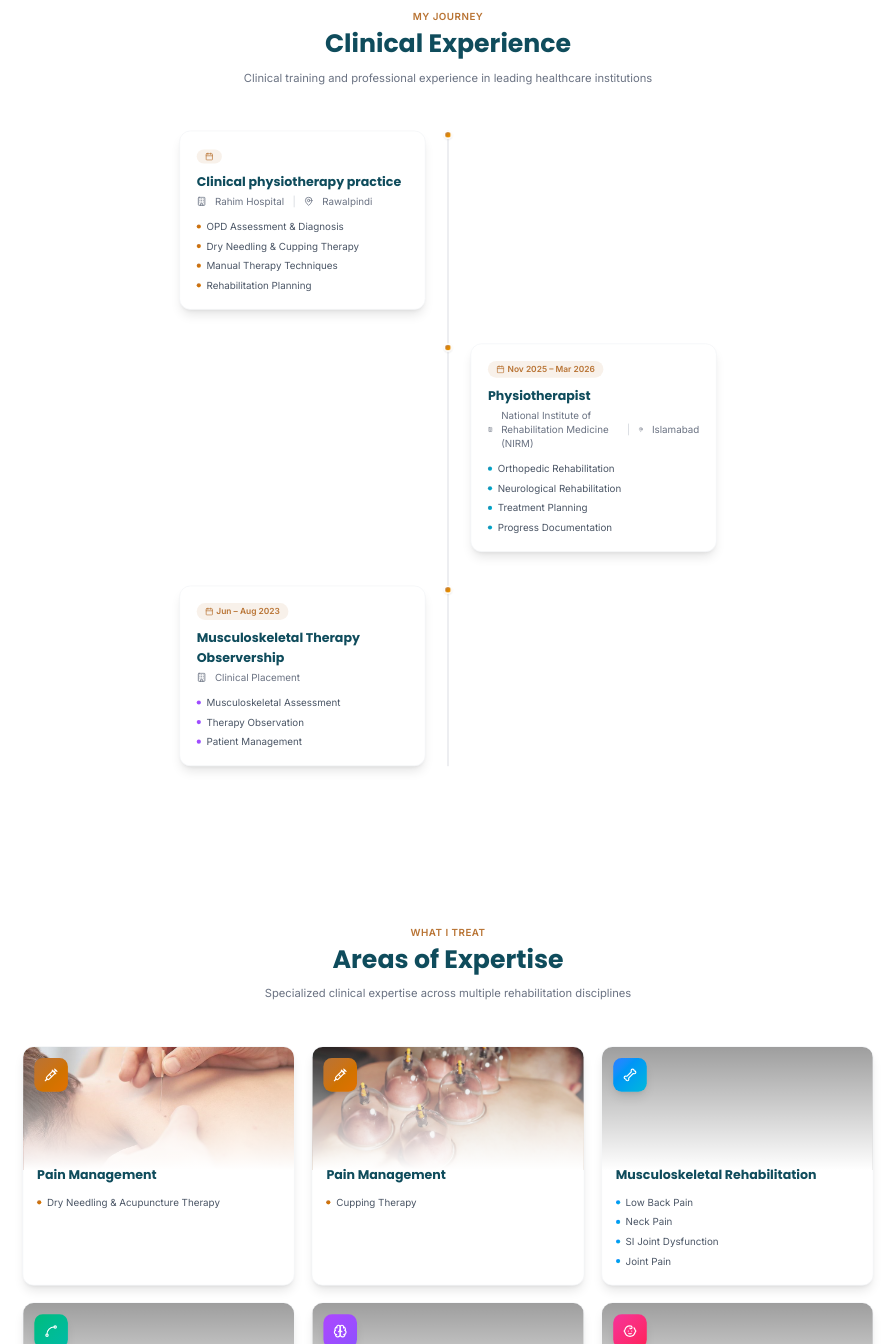
Repository: DaniGull01/dr_ghazala_mushtaq
Page: /
The author's editor kept a copy of each file at every save. The page is drawn from the files as they stood at one save, then again after the next save.
The browser window is 1280 px wide. The pictures show the part of the page from y = 1832 to 3752 px (the page is 12731 px tall before and 12759 px after), at 70% of full size.
Pictures or frames that could not be fetched are drawn as grey boxes. The project was rebuilt for these pictures with package versions that can differ from the ones it lists, and the page was loaded fresh each time. Also part of the build but not shown: vite.config.js.

Above is the page before, as saved 2026-10-21 19:32:09.

After the next save:
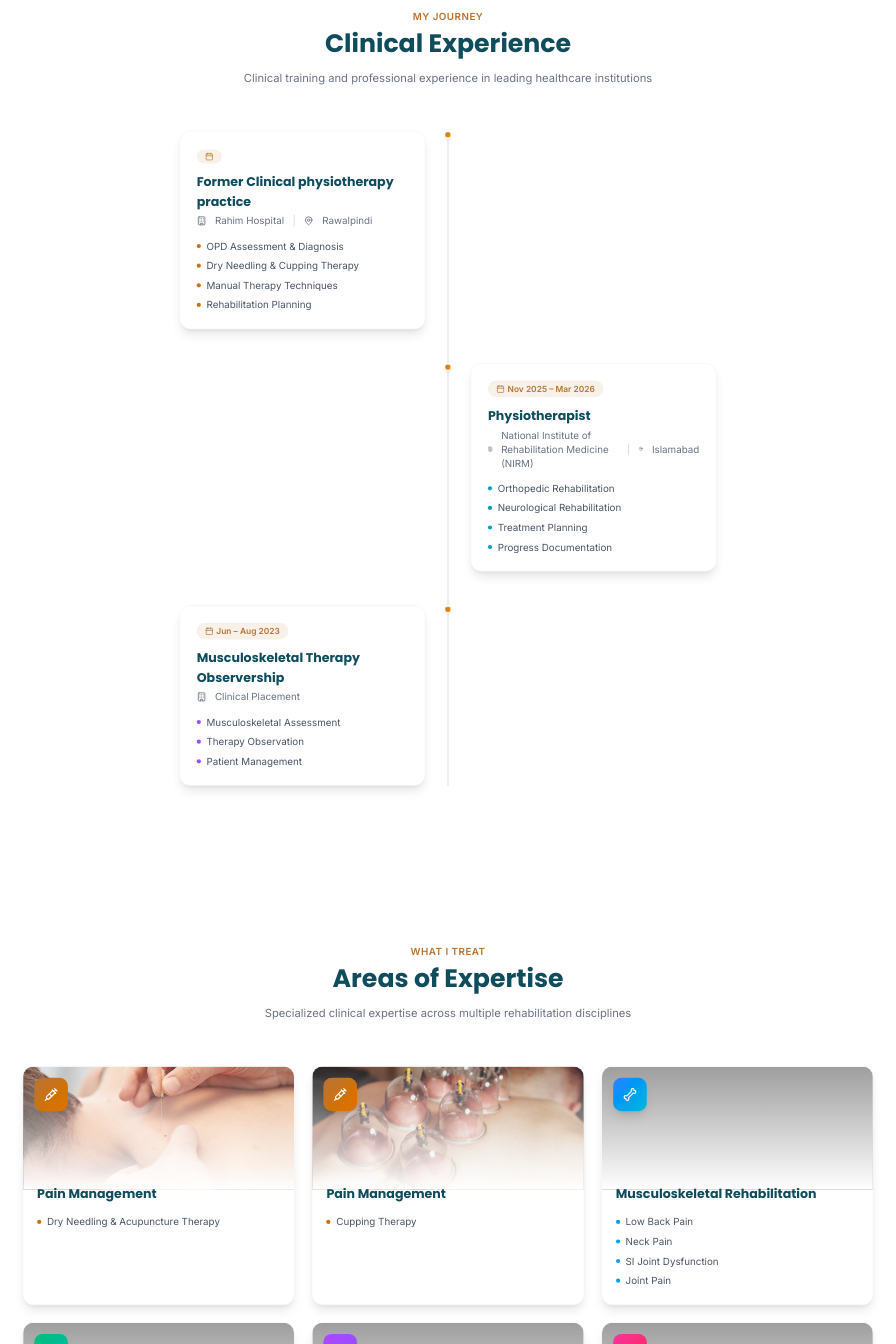
Saved 10 s later.
--- a/src/components/Experience.jsx
+++ b/src/components/Experience.jsx
@@ -3,7 +3,7 @@
 
 const experiences = [
   {
-    title: 'Clinical physiotherapy practice',
+    title: 'Former Clinical physiotherapy practice',
     org: 'Rahim Hospital',
     location: 'Rawalpindi',
     color: 'from-warm-copper to-amber-600',

After the save that followed:
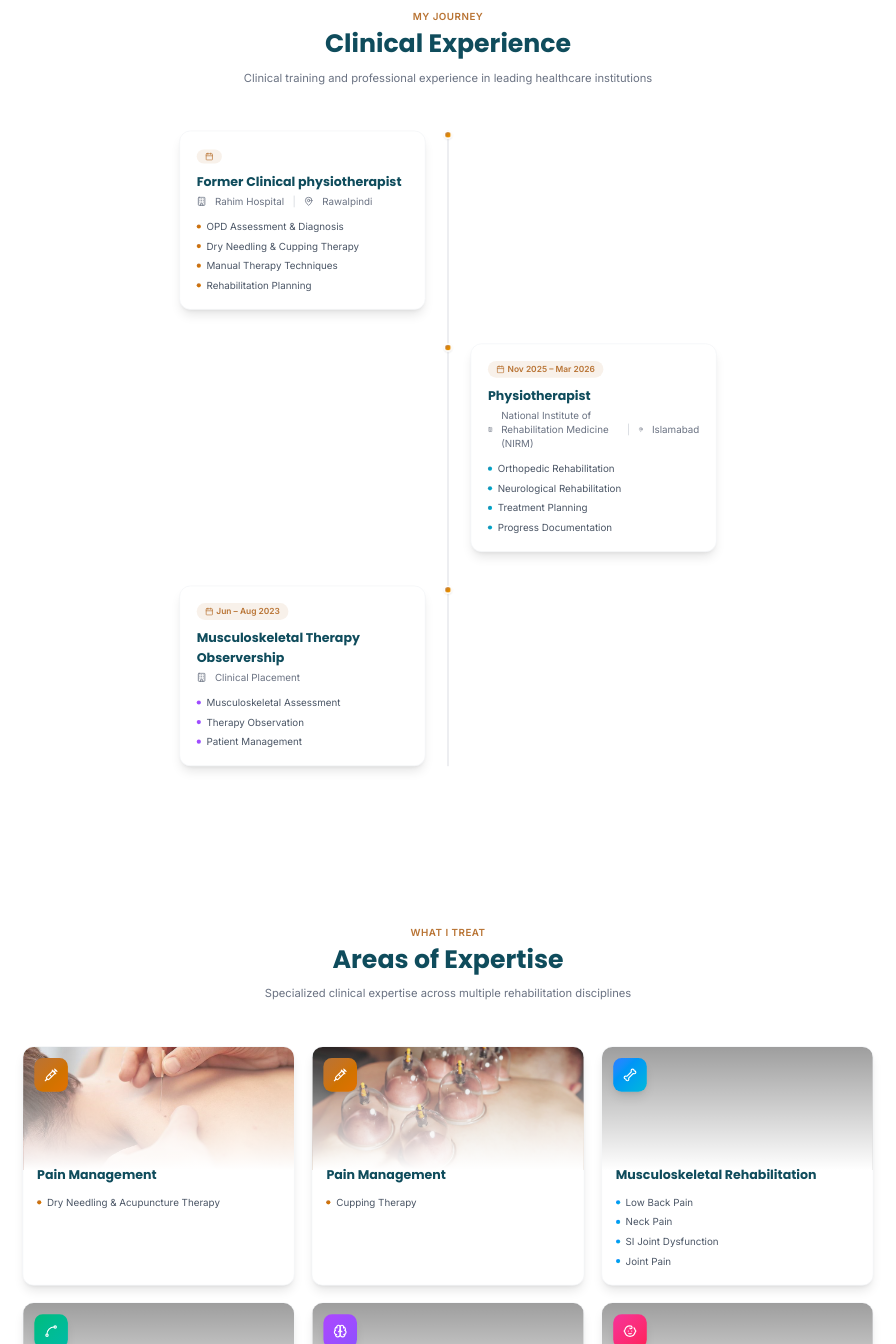
Saved 24 s later.
--- a/src/components/Experience.jsx
+++ b/src/components/Experience.jsx
@@ -3,7 +3,7 @@
 
 const experiences = [
   {
-    title: 'Former Clinical physiotherapy practice',
+    title: 'Former Clinical physiotherapist',
     org: 'Rahim Hospital',
     location: 'Rawalpindi',
     color: 'from-warm-copper to-amber-600',
